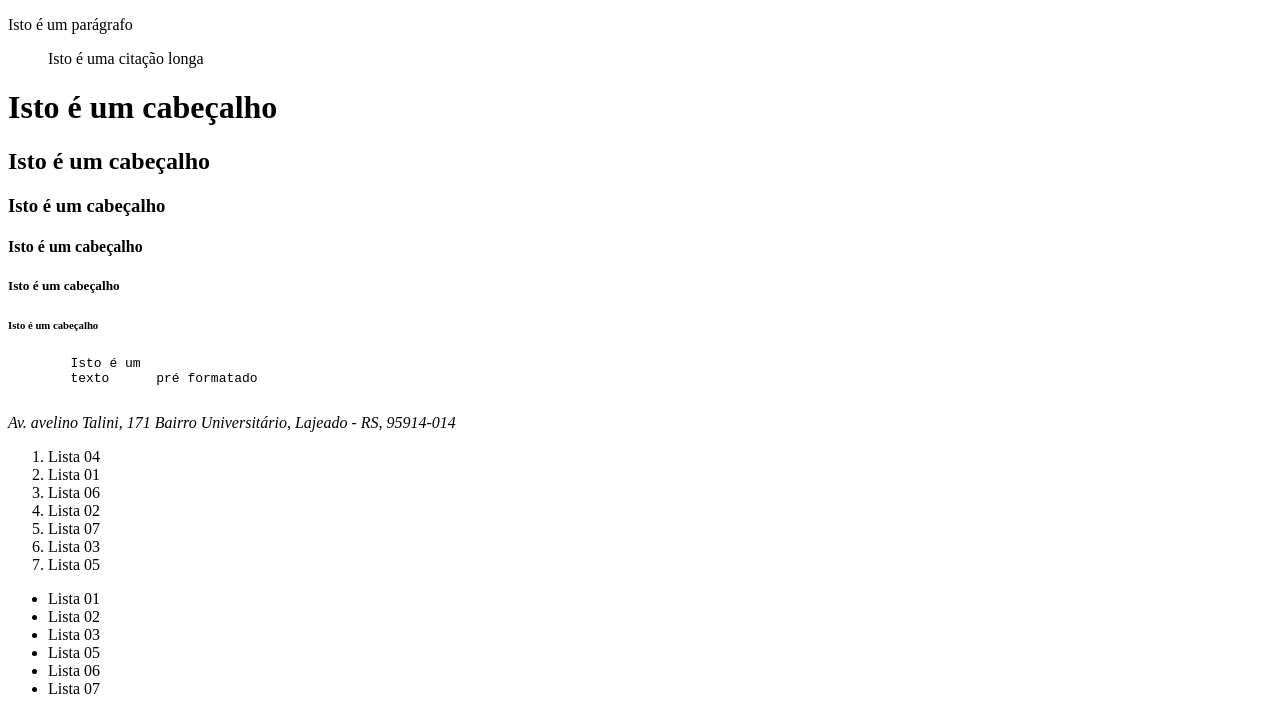
Repository: robsonwssantos/Projeto_Olaria
Page: aula02/index.html
These files come from the project's save history. The page is drawn as it stood at one moment and after the next save; the edit follows.
The browser window is 1280 px wide. The pictures show the whole page.

Above is the page before, as saved 2023-04-11 21:15:02.

After the next save:
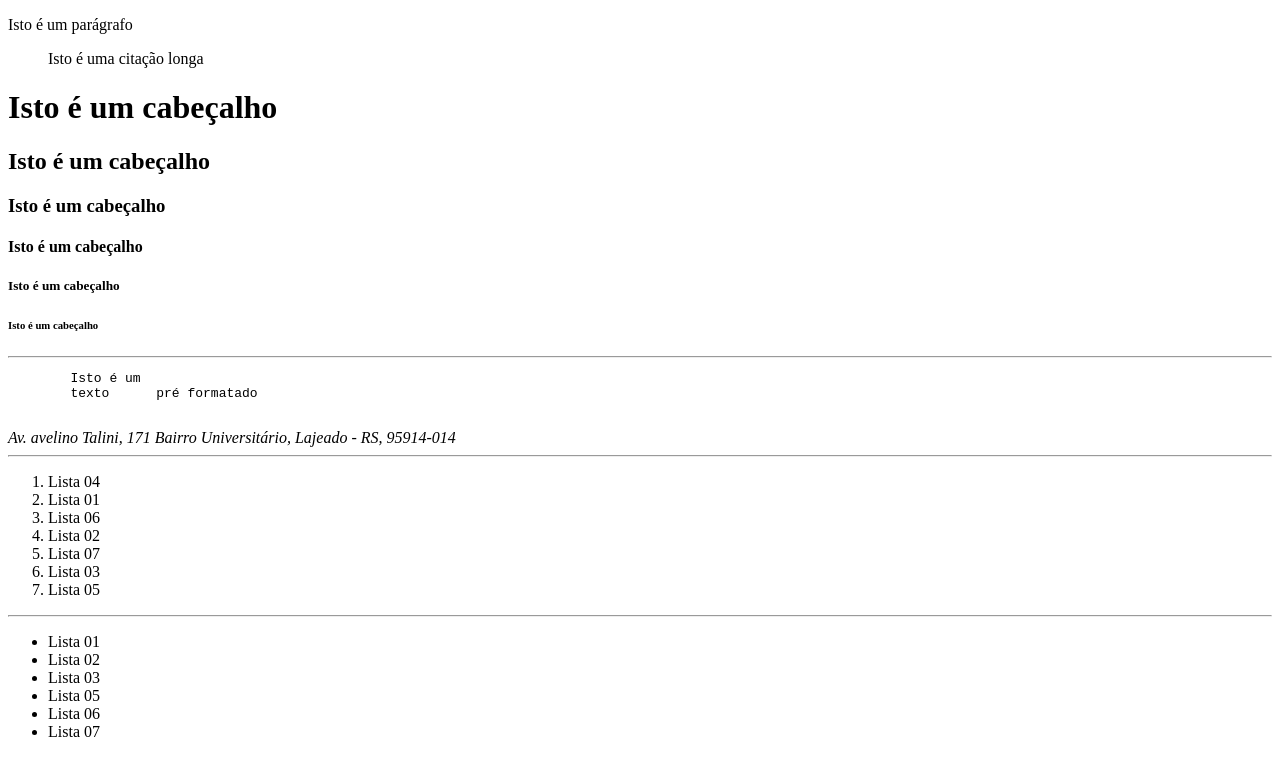
Saved 60 s later.
--- a/aula02/index.html
+++ b/aula02/index.html
@@ -16,6 +16,8 @@
     <h5>Isto é um cabeçalho</h5>
     <h6>Isto é um cabeçalho</h6>
 
+    <hr>
+
     <pre>
         Isto é um
         texto      pré formatado
@@ -25,7 +27,7 @@
         Av. avelino Talini, 171
         Bairro Universitário, Lajeado - RS, 95914-014
     </address>
-
+    <hr>
     <ol>
         <li>Lista 04</li>
         <li>Lista 01</li>
@@ -35,6 +37,7 @@
         <li>Lista 03</li>
         <li>Lista 05</li>
     </ol>
+    <hr>
     <ul>
         <li>Lista 01</li>
         <li>Lista 02</li>
